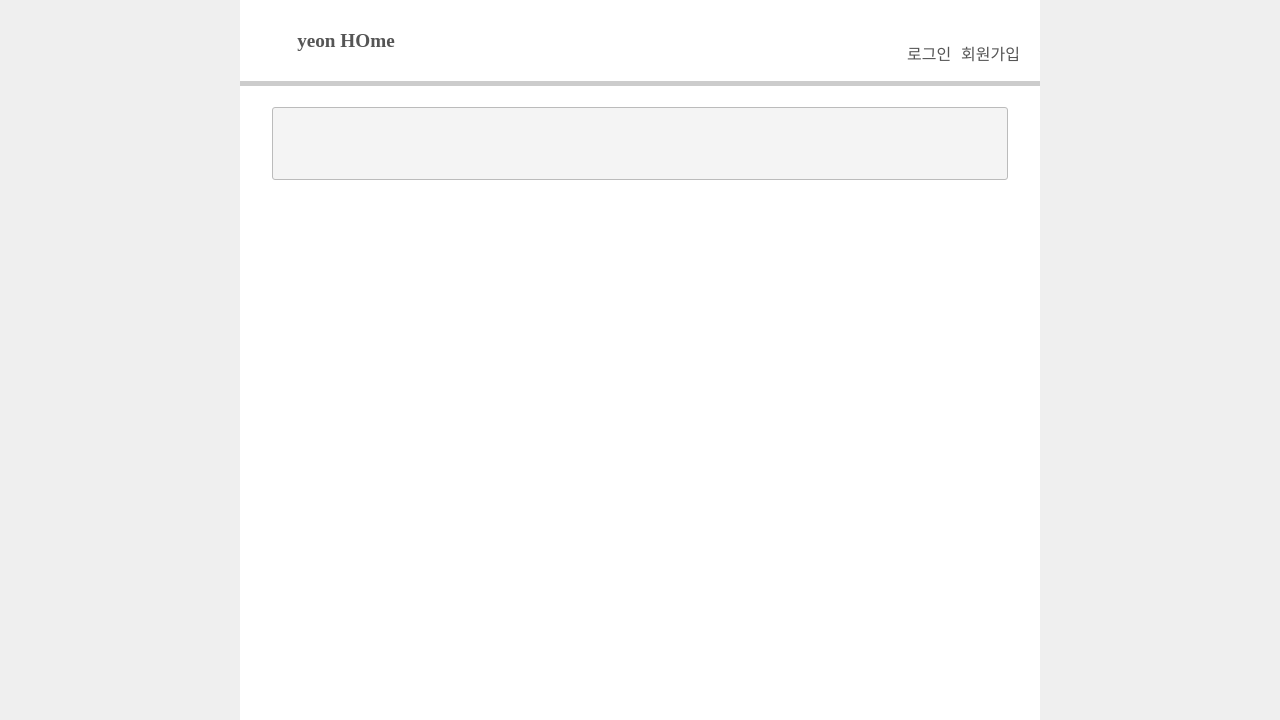
Repository: yeonhwa323/webPro
Page: webPro/src/main/webapp/javascript/days07/ex08.html
These files come from the project's save history. The page is drawn as it stood at one moment and after the next save; the edit follows.
The browser window is 1280 px wide. The pictures show the whole page.
Some web fonts or font styles are not loaded; a fallback is used.

Above is the page before, as saved 2024-04-15 02:11:44.

After the next save:
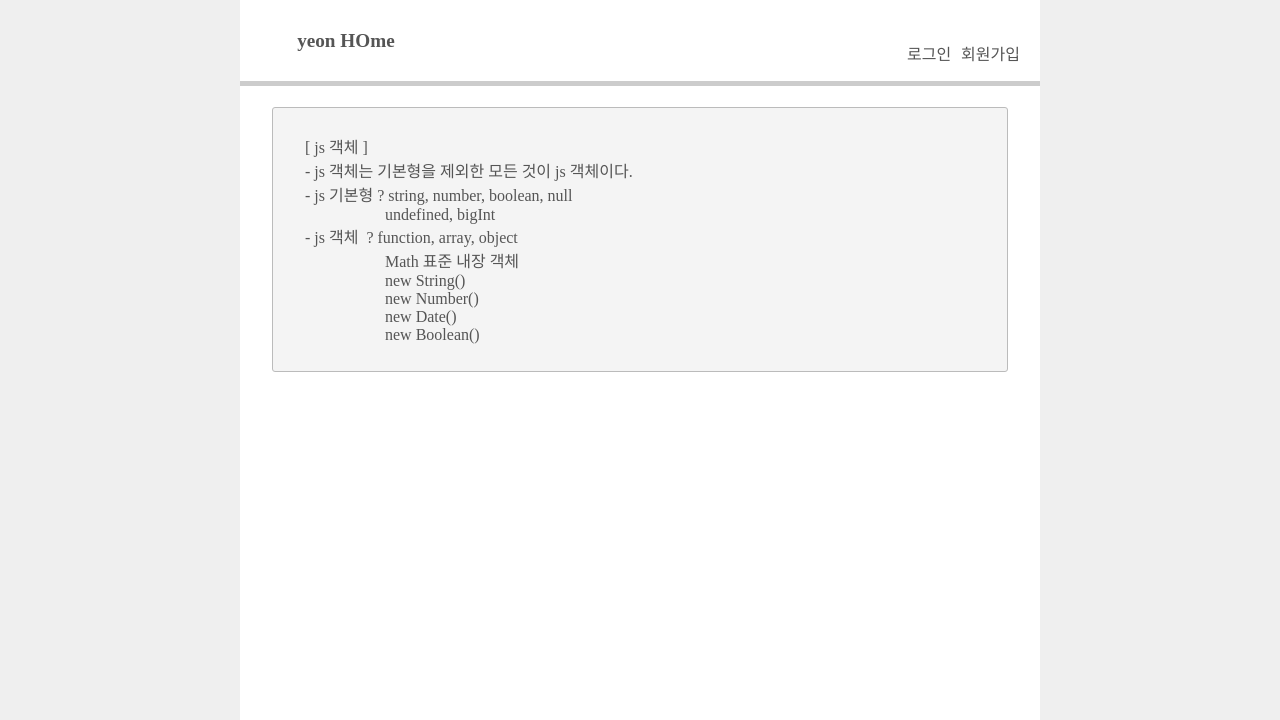
Saved 3 min 55 s later.
--- a/webPro/src/main/webapp/javascript/days07/ex08.html
+++ b/webPro/src/main/webapp/javascript/days07/ex08.html
@@ -24,8 +24,26 @@
 </header>
 <div>
   <xmp class="code">
-
+    [ js 객체 ]
+    - js 객체는 기본형을 제외한 모든 것이 js 객체이다.
+    - js 기본형 ? string, number, boolean, null
+    			undefined, bigInt
+    - js 객체  ? function, array, object
+    			Math 표준 내장 객체
+    			new String()
+    			new Number()
+    			new Date()
+    			new Boolean()
   </xmp>
 </div>
+
+  <script>
+    // 1. js 객체 생성
+    let person = {
+    				name:"홍길동"
+    				, age:20
+    			 };
+  </script>
+
 </body>
 </html>
